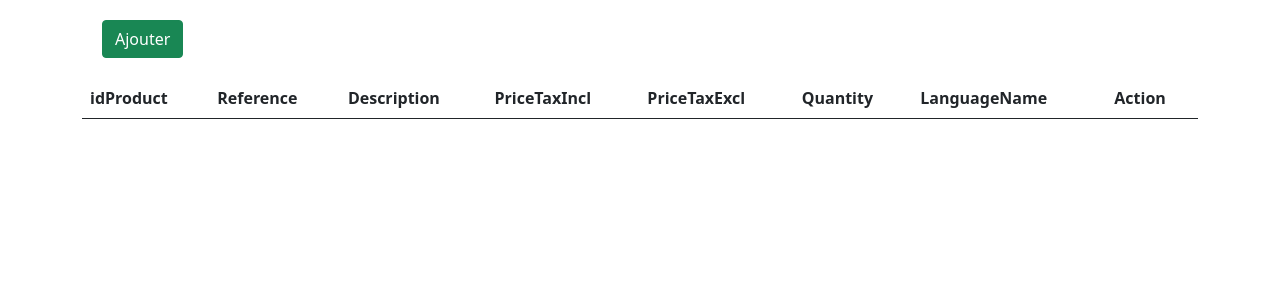
Repository: ahamie71/CrUDPOO
Page: http://localhost/index.php?action=AfficheCrud
The author's editor kept a copy of each file at every save. The page is drawn from the files as they stood at one save, then again after a run of saves.
The browser window is 1280 px wide. The pictures show the whole page.
The page is run by PHP 8.4 with error messages shown; the project is at /var/www/html/. Queries for data that is not in the repository find no rows.

Above is the page before, as saved 2023-07-25 14:49:32.

### public/index.php
<?php


require_once(dirname(__DIR__) . '/Autoloader.php');

use CrudPOO\Controllers\HomeController;
use CrudPOO\Controllers\ProductController;


if (isset($_GET['action'])) {

    $action = $_GET['action'];

    switch ($action) {

        case 'Home';
            $controller = new HomeController();
            $controller->Home();
            break;

         case'AfficheCrud';
         $controller = new ProductController();
         $controller->DisplayProducts();
         break;
         case'createProduct';
         $controller = new ProductController();
         $controller->addProduct();
         break;


    }


} else {
    $home = new HomeController();
    $home->Home();
}
;

### Autoloader.php
<?php


spl_autoload_register(function ($className) {

    $className = str_replace("CrudPOO\\", '', $className);
    $className = str_replace("\\", '/', $className);
    require_once(__DIR__ . "/src/$className.php");

});

### src/Controllers/ProductController.php
<?php

namespace  CrudPOO\Controllers;

use CrudPOO\Entity\Language;
use CrudPOO\Entity\Product;
use CrudPOO\Model\ProductRepository;
use CrudPOO\Model\LanguageRepository;


Class ProductController extends AbstractController
{



    public function DisplayProducts()
    {


      $productRepository = new ProductRepository;
      $products = $productRepository->getProducts();
      $this->render($products);

    }

   public  function addProduct()
{


    if (
        empty($_POST['reference']) ||
        empty($_POST['description']) ||
        empty($_POST['priceTaxIncl']) ||
        empty($_POST['priceTaxExcl']) ||
        empty($_POST['quantity'])
    ) {
        $error = 'Please fill in all the required fields.';
    } else {

        $reference = $_POST['reference'];
        $description = $_POST['description'];
        $priceTaxIncl = $_POST['priceTaxIncl'];
        $priceTaxExcl = $_POST['priceTaxExcl'];
        $quantity = $_POST['quantity'];
        $idLang = $_POST['cat'];


        $produit = new Product();
        $productRepository = new ProductRepository;

        $produit = $productRepository->createProduct($reference, $description, $priceTaxIncl, $priceTaxExcl, $idLang, $quantity);

        if ($produit) {
            header('location:index.php?action=AfficheCrud');
            exit();
        } else {

            $error = 'Failed to create product.';
        }
    }

    require_once(dirname(__FILE__, 2) . '/View/AddProduct.php');
}




}

### src/Controllers/AbstractController.php
<?php

namespace CrudPOO\Controllers;

abstract class AbstractController
{
    public function render($products)
    {
        require_once(dirname(__FILE__,2) . '/View/CrudPage.php');

    }

}

### src/Model/ProductRepository.php
<?php
namespace CrudPOO\Model;


use PDO;
use CrudPOO\Entity\Database;

class ProductRepository
{
    public function getProducts()
    {
        $bdd = new Database();
        $req =" SELECT products.idLang, products.idProduct , products.reference, products.description,products.priceTaxIncl,products.priceTaxExcl,products.quantity,languages.LanguageName FROM products
        LEFT JOIN languages ON products.idLang = languages.idLang";
        $stmt = $bdd->getPDO()->prepare($req);
        $stmt->setFetchMode(PDO::FETCH_CLASS, 'CrudPOO\Entity\Product');
        $stmt->execute();
        $products = $stmt->fetchAll();
        return $products;
    }





    public function getProductById($idProduct)
    {
        $bdd = new Database();
        $req =" SELECT products.idLang, products.idProduct , products.reference, products.description,products.priceTaxIncl,products.priceTaxExcl,products.quantity,languages.LanguageName FROM products
        LEFT JOIN languages ON products.idLang = languages.idLang;
        WHERE products.idProduct =  $idProduct";
        $stmt = $bdd->getPDO()->prepare($req);
        $stmt->setFetchMode(PDO::FETCH_CLASS, 'CrudPOO\Entity\Product');
        $stmt->execute();
        $product = $stmt->fetch();
        return $product;
    }

function createProduct($reference, $description, $priceTaxIncl, $priceTaxExcl, $idLang, $quantity)
{

    $bdd = $bdd = new Database();


    $query = $bdd->getPDO()->prepare("INSERT INTO products (reference, description, priceTaxIncl, priceTaxExcl, idLang, quantity) VALUES (?, ?, ?, ?, ?, ?)");


    $query->execute([
        $reference,
        $description,
        $priceTaxIncl,
        $priceTaxExcl,
        $idLang,
        $quantity
    ]);


    if ($query->rowCount() > 0) {
        return true;
    } else {
        return false;
    }
}
}

//     public function RemovePost($id)
//     {
//         $bdd = new Database();
//         $sql = "DELETE FROM Post WHERE id= $id";
//         $delet = $bdd->getPDO()->prepare($sql);
//         $delet->execute();
//     }

//     public function editPost($content, $id, $title)
//     {
//         $bdd = new Database();
//         $update = $bdd->getPDO()->prepare("UPDATE  Post SET content=:content , title=:title WHERE id = $id");
//         $update->execute(
//             array(
//                 ':content' => $content,
//                 ':title' => $title
//             )
//         );
//     }
// }

### src/Entity/database.php
<?php

namespace  CrudPOO\Entity;

use PDO;
class Database
{
  private $host = "localhost";
  private $db_name = "CrudProduit";
  private $username = "ronaldo";
  private $password = "123";
  private $pdo;

  public function __construct($db_name = 'CrudProduit', $username = 'ronaldo', $password = '123', $host = 'localhost')
  {
    $this->$db_name = $db_name;
    $this->$username = $username;
    $this->$password = $password;
    $this->$host = $host;
  }

  public function getPDO()
  {
    if ($this->pdo == null) {
      $pdo = new PDO('mysql:dbname=CrudProduit;host=localhost', 'ronaldo', '123');
      $pdo->setAttribute(PDO::ATTR_ERRMODE, PDO::ERRMODE_EXCEPTION);
      $this->pdo = $pdo;
    }

    return $this->pdo;
  }

  public function query($statement)
  {
    $req = $this->getPDO()->query($statement);
    $datas = $req->fetchAll(PDO::FETCH_OBJ);
    return $datas;
  }
}

### src/Entity/Product.php
<?php

namespace  CrudPOO\Entity;


use CrudPOO\Entity\Language;

Class Product

{
    private $idProduct;
    private $reference;
    private $description;
    private $priceTaxIncl;
    private $priceTaxExcl;
    private $quantity ;
    private int $idLang;

    private $LanguageName;
    /**
     * Get the value of idProduct
     */
    public function getIdProduct()
    {
        return $this->idProduct;
    }

    /**
     * Set the value of idProduct
     */
    public function setIdProduct($idProduct): self
    {
        $this->idProduct = $idProduct;

        return $this;
    }

    /**
     * Get the value of reference
     */
    public function getReference()
    {
        return $this->reference;
    }

    /**
     * Set the value of reference
     */
    public function setReference($reference): self
    {
        $this->reference = $reference;

        return $this;
    }

    /**
     * Get the value of description
     */
    public function getDescription()
    {
        return $this->description;
    }

    /**
     * Set the value of description
     */
    public function setDescription($description): self
    {
        $this->description = $description;

        return $this;
    }

    /**
     * Get the value of priceTaxIncl
     */
    public function getPriceTaxIncl()
    {
        return $this->priceTaxIncl;
    }

    /**
     * Set the value of priceTaxIncl
     */
    public function setPriceTaxIncl($priceTaxIncl): self
    {
        $this->priceTaxIncl = $priceTaxIncl;

        return $this;
    }

    /**
     * Get the value of priceTaxExcl
     */
    public function getPriceTaxExcl()
    {
        return $this->priceTaxExcl;
    }

    /**
     * Set the value of priceTaxExcl
     */
    public function setPriceTaxExcl($priceTaxExcl): self
    {
        $this->priceTaxExcl = $priceTaxExcl;

        return $this;
    }

    /**
     * Get the value of quantity
     */
    public function getQuantity()
    {
        return $this->quantity;
    }

    /**
     * Set the value of quantity
     */
    public function setQuantity($quantity): self
    {
        $this->quantity = $quantity;

        return $this;
    }

    /**
     * Get the value of idLang
     */
    public function getIdLang(): int
    {
        return $this->idLang;
    }

    /**
     * Set the value of idLang
     */
    public function setIdLang(int $idLang): self
    {
        $this->idLang = $idLang;

        return $this;
    }

/**
  * Get the value of LanguageName
  */
  public function getLanguageName()
  {
   return $this->LanguageName;
  }

  /**
   * Set the value of LanguageName
   */
  public function setLanguageName($LanguageName): self
  {
   $this->LanguageName = $LanguageName;

   return $this;
  }
}

### src/View/CrudPage.php
<!DOCTYPE html>
<html lang="en">
<head>
    <meta charset="UTF-8">
    <meta http-equiv="X-UA-Compatible" content="IE=edge">
    <meta name="viewport" content="width=device-width, initial-scale=1.0">
    <link href="https://cdn.jsdelivr.net/npm/bootstrap@5.0.2/dist/css/bootstrap.min.css" rel="stylesheet" integrity="sha384-EVSTQN3/azprG1Anm3QDgpJLIm9Nao0Yz1ztcQTwFspd3yD65VohhpuuCOmLASjC" crossorigin="anonymous">
    <link rel="stylesheet" href="https://cdnjs.cloudflare.com/ajax/libs/font-awesome/5.15.3/css/all.min.css">
    <title>Document</title>
</head>
<body>
    <div class ="container">

    <a href="index.php?action=createProduct" class="btn btn-success"style="margin:20px">Ajouter</a>
<table class="table">
  <thead>
    <tr>
      <th scope="col">idProduct</th>
      <th scope="col">Reference</th>
      <th scope="col">Description</th>
      <th scope="col">PriceTaxIncl</th>
      <th scope="col">PriceTaxExcl</th>
      <th scope="col">Quantity</th>
      <th scope="col">LanguageName</th>

      <th>Action</th>
    </tr>
  </thead>
    <tbody>
        <?php
        foreach($products as $produit){
            ?>
            <tr>
                <td><?= $produit->getIdProduct() ?></td>
                <td><?= $produit->getReference() ?></td>
                <td><?= $produit->getDescription() ?></td>
                <td><?= $produit->getPriceTaxIncl() ?></td>
                <td><?= $produit->getPriceTaxExcl() ?></td>
                <td><?= $produit->getQuantity()?></td>
                <td><?= $produit->getLanguageName()?></td>

                <td>
                <a href="" class="m-2">

							<i class="fa fa-edit fa-2x"></i>
						</a>
                        <a href= ""class="m-2">
                        <i class="fa fa-trash fa-2x red-icon"></i>
						</a>


                </td>
            </tr>
            <?php
        }
        ?>

    </tbody>
</table>

After the next 3 saves:
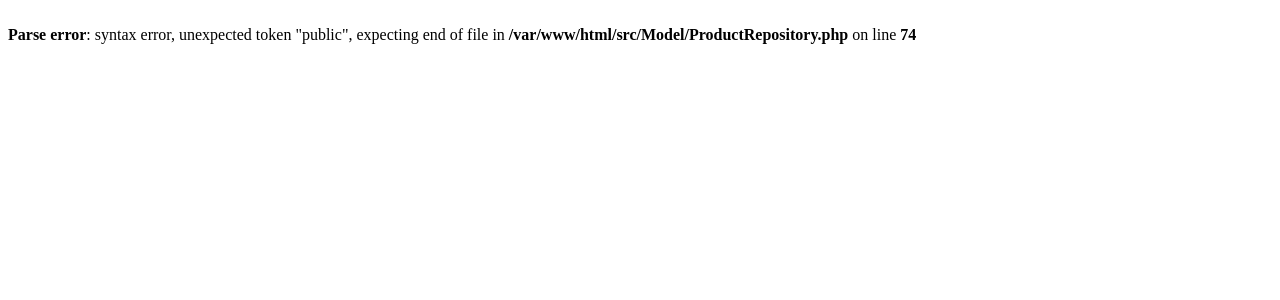
The 3 saves are shown as one change because they came seconds apart.
The last was saved 17 s later.
--- a/src/Model/ProductRepository.php
+++ b/src/Model/ProductRepository.php
@@ -71,15 +71,14 @@
 //         $delet->execute();
 //     }
 
-//     public function editPost($content, $id, $title)
-//     {
-//         $bdd = new Database();
-//         $update = $bdd->getPDO()->prepare("UPDATE  Post SET content=:content , title=:title WHERE id = $id");
-//         $update->execute(
-//             array(
-//                 ':content' => $content,
-//                 ':title' => $title
-//             )
-//         );
-//     }
-// }
+      public function editPost($content, $id, $title)
+    {
+        $bdd = new Database();
+        $update = $bdd->getPDO()->prepare("UPDATE  Post SET content=:content , title=:title WHERE id = $id");
+        $update->execute(
+            array(
+                ':content' => $content,
+                ':title' => $title
+            )
+        );
+    }

After the 2 saves that followed:
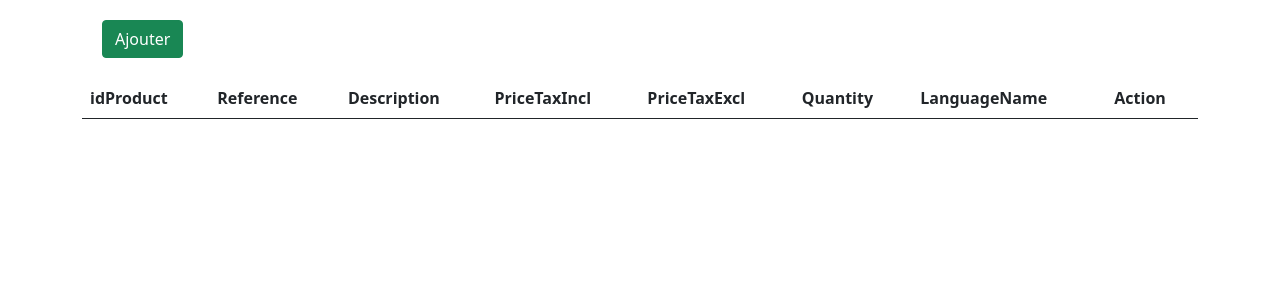
The 2 saves are shown as one change because they came seconds apart.
The last was saved 56 s later.
--- a/src/Model/ProductRepository.php
+++ b/src/Model/ProductRepository.php
@@ -61,7 +61,7 @@
         return false;
     }
 }
-}
+
 
 //     public function RemovePost($id)
 //     {
@@ -82,3 +82,5 @@
             )
         );
     }
+
+}
